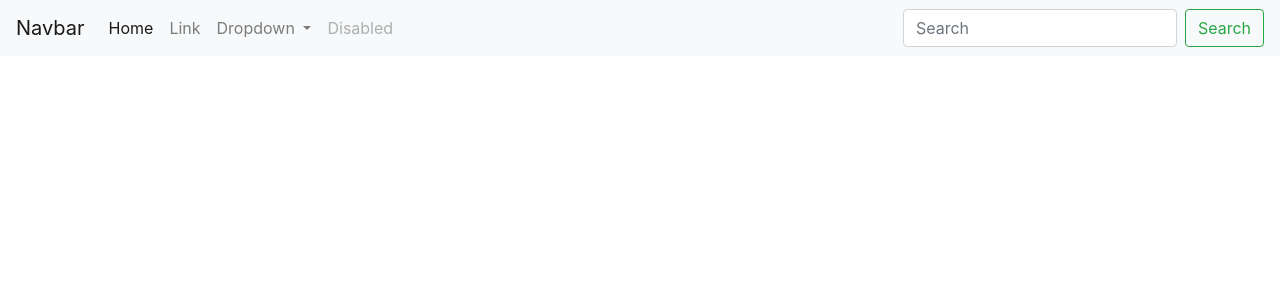
Repository: syawal2kalii/oop-php
Page: http://localhost/simple-login-register/view/admin.php
The author's editor kept a copy of each file at every save. The page is drawn from the files as they stood at one save, then again after the next save.
The browser window is 1280 px wide. The pictures show the whole page.
The page is run by PHP 8.4 with error messages shown; the project is at /var/www/html/.

Above is the page before, as saved 2020-03-09 18:52:54.

After the next save:
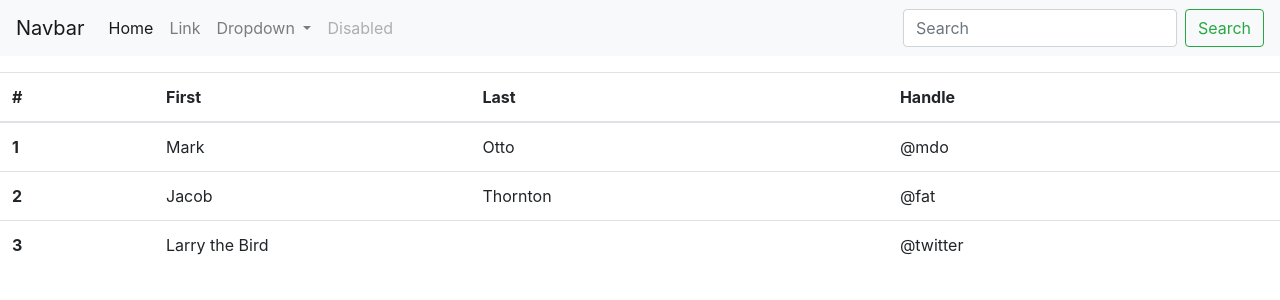
Saved 19 s later.
--- a/view/admin.php
+++ b/view/admin.php
@@ -50,7 +50,35 @@
 
 <div class="table-responsive">
   <table class="table">
-
+  <table class="table table-hover">
+  <thead>
+    <tr>
+      <th scope="col">#</th>
+      <th scope="col">First</th>
+      <th scope="col">Last</th>
+      <th scope="col">Handle</th>
+    </tr>
+  </thead>
+  <tbody>
+    <tr>
+      <th scope="row">1</th>
+      <td>Mark</td>
+      <td>Otto</td>
+      <td>@mdo</td>
+    </tr>
+    <tr>
+      <th scope="row">2</th>
+      <td>Jacob</td>
+      <td>Thornton</td>
+      <td>@fat</td>
+    </tr>
+    <tr>
+      <th scope="row">3</th>
+      <td colspan="2">Larry the Bird</td>
+      <td>@twitter</td>
+    </tr>
+  </tbody>
+</table>
   </table>
 </div>
 
